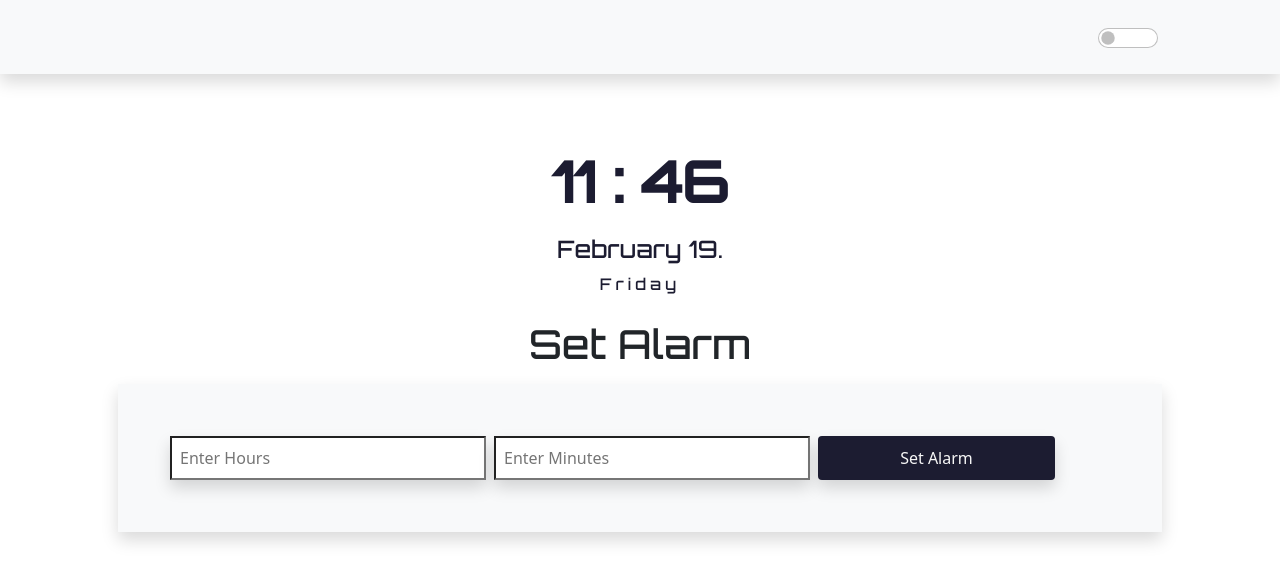
Repository: just-mann/Timer-with-Alarm
Page: index.html
An editor plug-in stored every save of this project. The page is shown before and after the next save, followed by the edit.
The browser window is 1280 px wide. The pictures show the whole page.

Above is the page before, as saved 2021-02-19 17:37:56.

### index.html
<!doctype html>
<html lang="en">
  <head>
    <link rel="shortcut icon" href="#">
    <title>Alarm-with-Timer</title>
    <!-- Required meta tags -->
    <meta charset="utf-8">
    <meta name="viewport" content="width=device-width, initial-scale=1, shrink-to-fit=no">
    <!-- Bootstrap CSS -->
    <link rel="stylesheet" href="https://stackpath.bootstrapcdn.com/bootstrap/4.3.1/css/bootstrap.min.css" integrity="sha384-ggOyR0iXCbMQv3Xipma34MD+dH/1fQ784/j6cY/iJTQUOhcWr7x9JvoRxT2MZw1T" crossorigin="anonymous">
    <link rel="stylesheet" href="./styleSheets/style.css">
    <link href="https://cdn.jsdelivr.net/npm/bootstrap@5.0.0-beta1/dist/css/bootstrap.min.css" rel="stylesheet" integrity="sha384-giJF6kkoqNQ00vy+HMDP7azOuL0xtbfIcaT9wjKHr8RbDVddVHyTfAAsrekwKmP1" crossorigin="anonymous">
    <script src="https://cdn.jsdelivr.net/npm/bootstrap@5.0.0-beta1/dist/js/bootstrap.bundle.min.js" integrity="sha384-ygbV9kiqUc6oa4msXn9868pTtWMgiQaeYH7/t7LECLbyPA2x65Kgf80OJFdroafW" crossorigin="anonymous"></script>
  </head>
  <body>
      <nav class="container-fluid bg-light shadow mb-1">
        <div class="container p-4">
          <div class="float-left d-flex align-items-center my-auto" id="setAlarmContainer">
            <h4 class="text-uppercase display-4 " id="alarmDisplay">
              <!-- Alarm Displays Here - -->
            </h4>
          </div>
          <div class="form-check form-switch float-right px-5 d-flex justify-content-between">
            <input type="checkbox" class="form-check-input" id="myBackgroundColorCheck" onclick="switchFunction()" />
          </div>
          <div class="clearfix"></div>
        </div>
      </nav>
      <div class="container text-center p-1 px-5 mt-1" id="timeContainer">
        <div id="TimeDisplay" class="container p-3 mx-auto display-4 text-shadow">
          <!-- Time Displays Here -->
        </div>
      </div>
      <!-- Alarm Sound -->
      <audio id="alarmSound">
         <source src="https://www.videomaker.com/sites/videomaker.com/files/downloads/free-sound-effects/Free_TelephoneBell_1025_44_3.wav" autoplay="false" />
      </audio>
      <!-- <button onclick="alarmRing()">Play Sound</button> -->
      <!-- Alarm Sound -->
      <div class="mx-auto text-center primaryColor" id="displayDate">
          <h4 id="displayCurrentDate">
            <!-- Date Shows Here -->
          </h3>
          <p id="todaysDay" class="primaryColor"></p>
        </div>
      <div class="container p-5 pt-2" id="alarmClockContainer">
        <div class="mx-auto text-center d-none primaryColor" id="bellIcon">
          <i class="fas fa-bell fa-5x" id="bellIcon"></i>
        </div>
        <div class="text-center font-weight-bold mb-3" id="setAlarmText">
          <h1 id="setAlarmH1" class="mb-2">
            Set Alarm
          </h1>
        </div>
        <div class="row p-5 bg-light mx-auto text-center shadow" id="alarmFormContainer">
          <input type="number" name="hour" id="alarmHour" class="col-lg-4 m-1 p-2 shadow" max="23" min="00" placeholder="Enter Hours" maxlength="2" oninput="javascript: if (this.value.length > this.maxLength) this.value = this.value.slice(0, this.maxLength);" onchange="if(parseInt(this.value,10)<10)this.value='0'+this.value;" />
          <input type="number" name="minutes" id="alarmMinutes" class="col-lg-4 m-1 p-2 shadow" max="59" min="00" placeholder="Enter Minutes" maxlength="2" oninput="javascript: if (this.value.length > this.maxLength) this.value = this.value.slice(0, this.maxLength);" onchange="if(parseInt(this.value,10)<10)this.value='0'+this.value;" />
          <button class="btn col-lg-3 p-2 m-1 shadow" onclick="validateForm()" id="setAlarmBtn" title="or press Enter">
            Set Alarm
          </button>
        </div>
      </div>
    <!-- Optional JavaScript -->
    <!-- jQuery first, then Popper.js, then Bootstrap JS -->
    <script src="https://code.jquery.com/jquery-3.3.1.slim.min.js" integrity="sha384-q8i/X+965DzO0rT7abK41JStQIAqVgRVzpbzo5smXKp4YfRvH+8abtTE1Pi6jizo" crossorigin="anonymous"></script>
    <script src="https://cdnjs.cloudflare.com/ajax/libs/popper.js/1.14.7/umd/popper.min.js" integrity="sha384-UO2eT0CpHqdSJQ6hJty5KVphtPhzWj9WO1clHTMGa3JDZwrnQq4sF86dIHNDz0W1" crossorigin="anonymous"></script>
    <link rel="stylesheet" href="https://cdnjs.cloudflare.com/ajax/libs/font-awesome/5.15.2/css/all.min.css" integrity="sha512-HK5fgLBL+xu6dm/Ii3z4xhlSUyZgTT9tuc/hSrtw6uzJOvgRr2a9jyxxT1ely+B+xFAmJKVSTbpM/CuL7qxO8w==" crossorigin="anonymous" />
    <script src="https://stackpath.bootstrapcdn.com/bootstrap/4.3.1/js/bootstrap.min.js" integrity="sha384-JjSmVgyd0p3pXB1rRibZUAYoIIy6OrQ6VrjIEaFf/nJGzIxFDsf4x0xIM+B07jRM" crossorigin="anonymous"></script>
    <script src="./javascript/script.js"></script>
  </body>
</html>

### styleSheets/style.css
/* Imported Google Fonts from fonts.google.com */
@import url('https://fonts.googleapis.com/css2?family=Orbitron:wght@500&display=swap');

:root {
    --clockFont: 'Orbitron', sans-serif;
    --primaryColor: #1c1c31;
}

#myBackgroundColorCheck {
    width: 60px;
    height: 20px;
}

#myBackgroundColorCheck:hover {
    cursor: pointer;
}

.primaryColor {
    color: var(--primaryColor);
    font-family: var(--clockFont);
}


nav {
    height: auto;
    color: #1c1c31;
}


#deleteAlarm {
    color: #ff0000;
    /* transition: all 0.9s ease; */
}

#deleteAlarm:hover {
    transition: 0.9s;
    cursor: pointer;
    font-size: 20.5px;
}


#TimeDisplay {
    font-family: var(--clockFont);
    font-weight: bold;
    text-align: center;
    color: #1c1c31;
    margin-top: 50px;
    background-color: f7f7f7;
}

#todaysDay {
    letter-spacing: 0.25rem;
}

#alarmDisplay {
    font-family: var(--clockFont);
    font-size: 18px;
    /* width: 200px; */
}

/* #setAlarmContainer {
    background-color: pink;
} */

#setAlarmText {
    font-family: var(--clockFont);
    font-weight: bold;
    font-size: 30px;
}

#setAlarmBtn {
    background-color: #1c1c31;
    color: #f7f7f7;
}

#deleteAlarm {
    font-size: 20px;
    font-weight: bold;
}


/* #hour:focus, #minutes:focus { */
    /* background-color: yellow; */
    /* outline: rgb(255, 0, 0); */
/* } */

/* @media (max-width: @screen-xs) {
    body{font-size: 10px;}
}

@media (max-width: @screen-sm) {
    body{font-size: 14px;}
} */

### javascript/script.js
'use strict';

  let checkBox = document.getElementById("myBackgroundColorCheck");
  let body = document.querySelector('body');
  let TimeDisplay = document.getElementById('TimeDisplay');
  let setAlarmText = document.getElementById('setAlarmText');
  let setAlarmH1Text = document.getElementById('setAlarmH1');
  let bellIcon = document.getElementById('bellIcon');
  let displayCurrentDate = document.getElementById('displayCurrentDate');
  let todaysDay = document.getElementById('todaysDay');
// ---------- Toggle Background Switch Begins --------------- //
function switchFunction() {
  // If the checkbox is checked, change the background color of the body
if (checkBox.checked === true){
    body.style.backgroundColor = '#1c1c31';
    checkBox.style.backgroundColor = "#1c1c31";
    TimeDisplay.style.color = '#ffffff';
    setAlarmText.style.color = '#f7f7f7';
    setAlarmH1Text.style.color = '#f7f7f7'
    // bellIcon.style.color = '#f7f7f7';
    displayCurrentDate.style.color = '#f7f7f7';
    todaysDay.style.color = '#f7f7f7';
  } else {
    body.style.backgroundColor = '#f7f7f7';
    checkBox.style.backgroundColor = "#f7f7f7";
    TimeDisplay.style.color = '#1c1c31';
    setAlarmText.style.color = '#1c1c31';
    // bellIcon.style.color = '#1c1c31';
    displayCurrentDate.style.color = '#1c1c31';
    todaysDay.style.color = '#1c1c31'
    setAlarmH1Text.style.color = '#1c1c31';
  }

}
// ------------------- Toggle Background Switch Ends ---------- //


// ------------------- Time Running Begins ---------- //
let timeRunning = () => {
  // -------------------------- Time and Date ---------------------------- //
  const date = new Date();
  let months = ['January', 'February', 'March', 'April', 'May', 'June', 'July', 'August', 'September', 'October', 'November', 'December'];
  let currentMonth = months[date.getMonth()];
  let days = ['Sunday', 'Monday', 'Tuesday', 'Wednesday', 'Thursday', 'Friday', 'Saturday'];
  let currentDay = days[date.getDay()];
  let currentDate = `${currentMonth} ${date.getDate()}.`;

  let currentHour = date.getHours();
  let currentMinutes = date.getMinutes();
  let currentSeconds = date.getSeconds();


  // Convert the value of the current hour to string
  currentHour = currentHour.toString();
  // Add zero to the current hour value if it is a single digit
  if (currentHour.length < 2) {
    currentHour = '0' + currentHour;
  }

  // Convert the value of the current minutes to string
  currentMinutes = currentMinutes.toString();
  // Add zero to the current minutes value if it is a single digit
  if (currentMinutes.length < 2) {
    currentMinutes = '0' + currentMinutes;
  }

  // Convert the value of the current seconds to string
  currentSeconds = currentSeconds.toString();
  // Add zero to the seconds value if it is a single digit
  if (currentSeconds.length < 2) {
    currentSeconds = '0' + currentSeconds;
  }

  let currentTime = `${currentHour} : ${currentMinutes}`;
  document.getElementById('TimeDisplay').innerHTML = currentTime;
  document.getElementById('displayCurrentDate').innerHTML = currentDate;
  document.getElementById('todaysDay').innerHTML = `${currentDay} `;

// ---------------- Time Running Ends ------------ //

  setTimeout(timeRunning, 1000);

}

timeRunning(); // Calling timeRunning function

let alarmHour = document.getElementById('alarmHour');
let alarmMinutes = document.getElementById('alarmMinutes');
let setAlarmBtn = document.getElementById('setAlarmBtn');
// let setAlarmH1Text = document.getElementById('setAlarmH1Text');

// ------ checking Code ------- //
  let playSound = () => {
    // let setAlarmH1Text = document.getElementById('setAlarmH1Text');
    alarmSound.play();
    // let setAlarmH1Text = document.getElementById('setAlarmH1Text');
    let alarmDisplay = document.querySelector('#alarmDisplay');
    alarmDisplay.style.visibility = (alarmDisplay.style.visibility == 'hidden' ? '' : 'hidden');
    setAlarmH1Text.innerHTML = '((<i class="fas fa-bell text-danger fa-2x"></i>))';
    setAlarmH1Text.style.visibility = (setAlarmH1Text.style.visibility == 'hidden' ? '' : 'hidden');
    setAlarmH1Text.style.color = '#d9534f';
  }

  let stopSound = () => {
    // let setAlarmH1Text = document.getElementById('setAlarmH1Text');
    alarmSound.pause();
    let alarmDisplay = document.querySelector('#alarmDisplay');
    alarmDisplay.style.visibility = 'visible';
    setAlarmH1Text.innerHTML = '<i class="fas fa-bell fa-2x">';
    setAlarmH1Text.style.visibility = 'visible';
    setAlarmH1Text.style.color = '#1c1c31';
  }


// -------- Set Alarm Function Begins --------//
let setAlarm = () => {

  setAlarmH1Text.innerHTML = '<i class="fas fa-bell fa-2x"></i>';

  // Add zero to the alarm hour value if it is a single digit
  if (alarmHour.length < 2) {
    alarmHour = '0' + alarmHour;
  }

  // Add zero to the alarm minutes value if it is a single digit
  if (alarmMinutes.length < 2) {
    alarmMinutes = '0' + alarmMinutes;
  }

  // let alarmSound = document.getElementById('alarmSound');
  let alarmDisplay = document.querySelector('#alarmDisplay');

  alarmDisplay.innerHTML = `<i class="fas fa-bell"></i> ${alarmHour.value} : ${alarmMinutes.value} <i class="fas fa-times-circle text-danger ml-4" id='deleteAlarm' title='or press Esc'></i>`;
  alarmHour.setAttribute('disabled', true);
  alarmMinutes.setAttribute('disabled', true);
  setAlarmBtn.setAttribute('disabled', true);
  let deleteAlarm = document.querySelector('#deleteAlarm');




  setInterval(() => {
    let d = new Date();
    let hour = d.getHours();
    let minutes = d.getMinutes();
    let alarmDisplay = document.querySelector('#alarmDisplay');
    let alarmHour = document.getElementById('alarmHour');
    let alarmMinutes = document.getElementById('alarmMinutes');
    let setAlarmBtn = document.getElementById('setAlarmBtn');


   // --------------- Alarm Ringer Begins -------------- //
  // --- Checks if alarmTime is equal to current time

    if (hour == alarmHour.value && minutes == alarmMinutes.value && !alarmDisplay.innerHTML == '') {
      playSound();
    } else {
      stopSound();
    };

  // --------------- Alarm Ringer Ends -------------- //

    deleteAlarm.addEventListener('click', () => {

      stopSound();
      location.reload();
      alarmDisplay.innerHTML = '';
      alarmDisplay.style.color = 'red';

      setTimeout(() => {
          alarmHour.removeAttribute('disabled', true);
          alarmMinutes.removeAttribute('disabled', true);
          setAlarmBtn.removeAttribute('disabled', true);
          alarmDisplay.innerHTML = '';
      }, 2000);

    });

  }, 1000);



}


// -------- Input Validation Begins --------- //

let validateForm = () => {
  if (alarmHour.value === '' || alarmMinutes.value === '') {
     alert(`Input Field Cannot Be Empty !!!`);
  } else {
    setAlarm();
  }
}

// ----- If the Enter Button is pressed, run the validateForm() function ----- //


let enterKey = (e) => {
  if (e.keyCode === 13) {
    validateForm();
  }
}

document.addEventListener('keydown', enterKey);


// --------------- Input Validation Ends ------------ //

let escapeKey = (e) => {
  if (e.keyCode === 27){
      stopSound();
      location.reload();
      alarmDisplay.innerHTML = '';
      // alarmDisplay.style.color = 'red';

      setTimeout(() => {
          alarmHour.removeAttribute('disabled', true);
          alarmMinutes.removeAttribute('disabled', true);
          setAlarmBtn.removeAttribute('disabled', true);
          alarmDisplay.innerHTML = '';
      }, 2000);
  }
}
document.addEventListener('keydown', escapeKey);

After the next save:
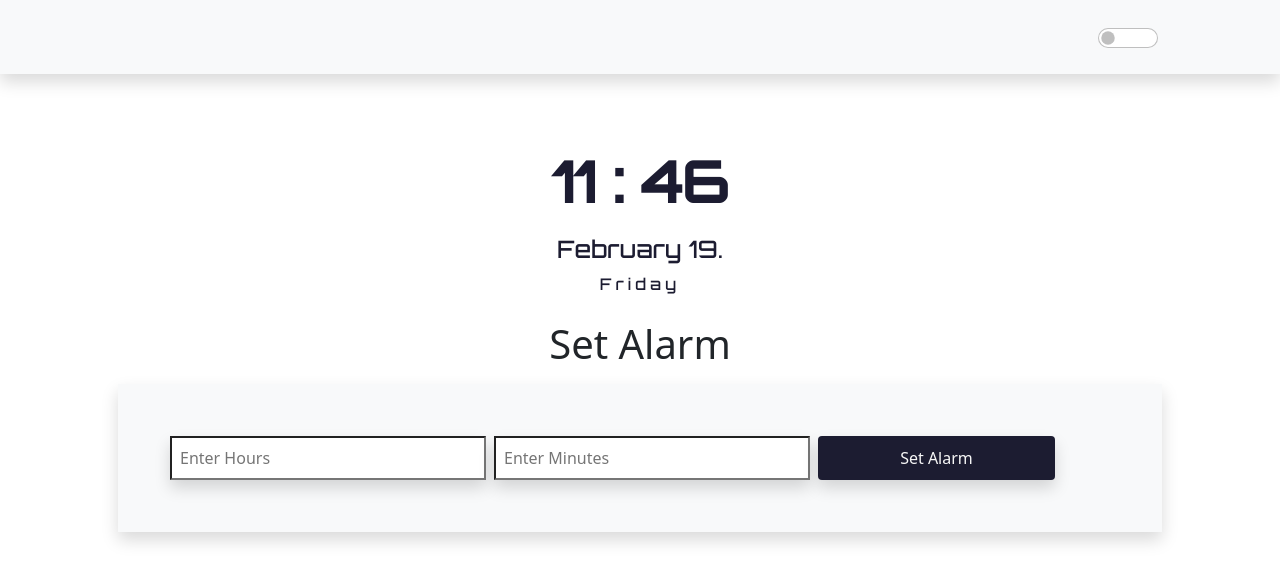
Saved 3 min 23 s later.
--- a/index.html
+++ b/index.html
@@ -47,7 +47,7 @@
         <div class="mx-auto text-center d-none primaryColor" id="bellIcon">
           <i class="fas fa-bell fa-5x" id="bellIcon"></i>
         </div>
-        <div class="text-center font-weight-bold mb-3" id="setAlarmText">
+        <div class="text-center font-weight-bold mb-3">
           <h1 id="setAlarmH1" class="mb-2">
             Set Alarm
           </h1>

After the 2 saves that followed:
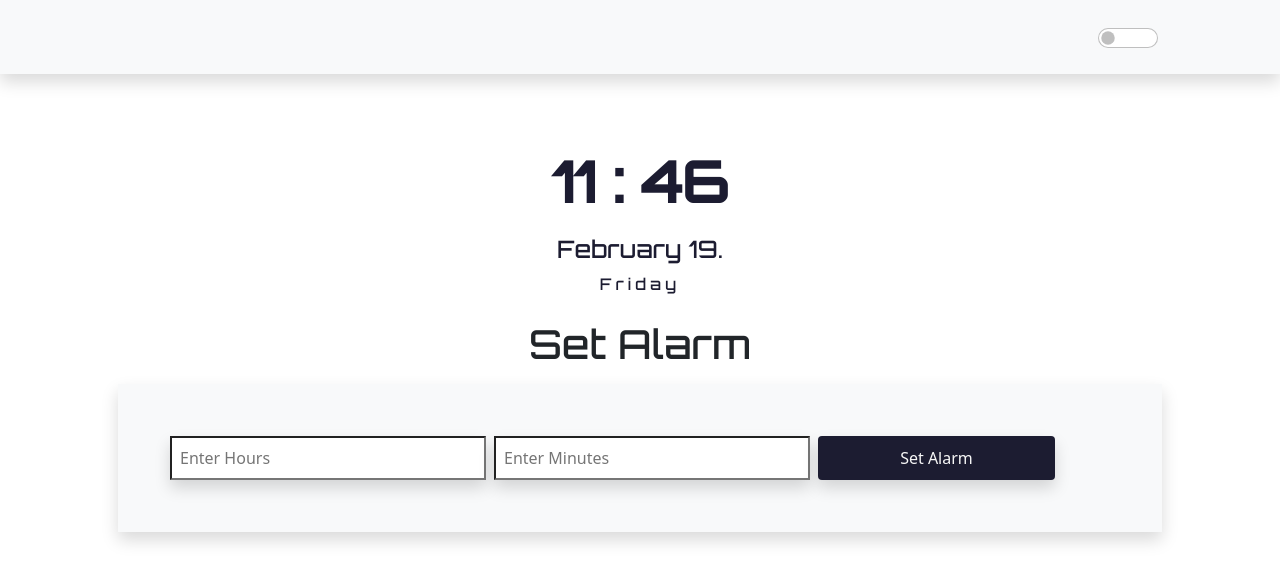
The 2 saves are shown as one change because 1 left the picture as it was.
The last was saved 66 s later.
--- a/index.html
+++ b/index.html
@@ -47,7 +47,7 @@
         <div class="mx-auto text-center d-none primaryColor" id="bellIcon">
           <i class="fas fa-bell fa-5x" id="bellIcon"></i>
         </div>
-        <div class="text-center font-weight-bold mb-3">
+        <div class="text-center font-weight-bold mb-3" id="setAlarmText">
           <h1 id="setAlarmH1" class="mb-2">
             Set Alarm
           </h1>
